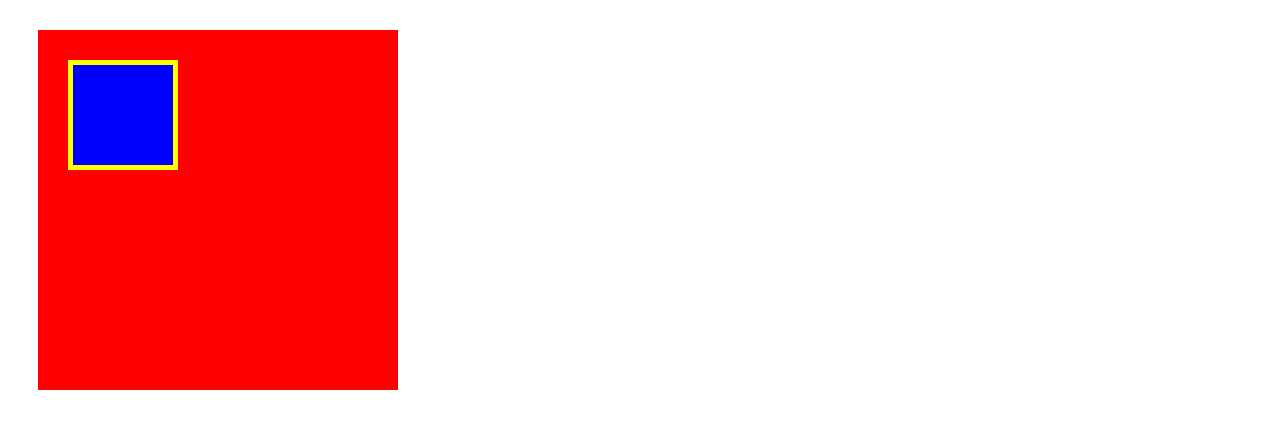
Repository: arisa6/html-practice
Page: box/box.html
The author's editor kept a record of every edit. The page is drawn from the files as they stood at one moment, then again after the next edit.
The browser window is 1280 px wide. The pictures show the whole page.

Above is the page before.

After the next edit:
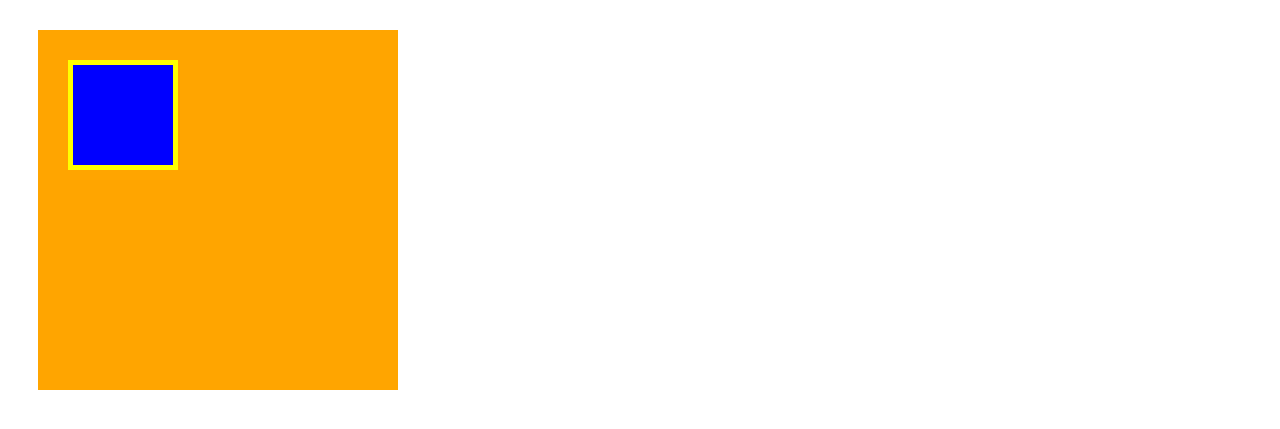
The edit:
--- a/box/box.css
+++ b/box/box.css
@@ -1,7 +1,7 @@
 .box1 {
     width: 300px;
     height: 300px;
-    background-color: red;
+    background-color: orange;
     margin: 30px;
     padding: 30px;
 }
